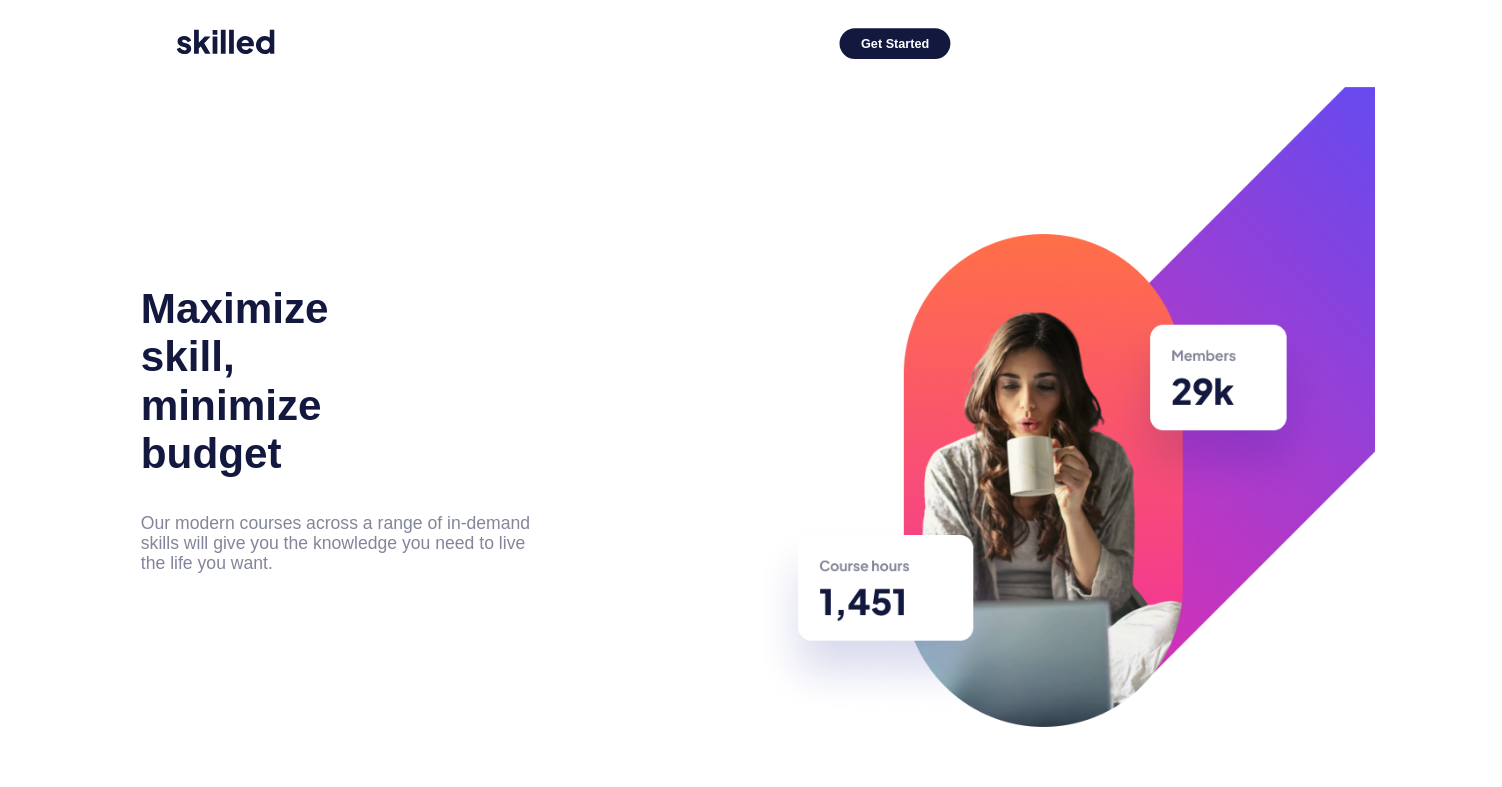
Repository: exe-walt/E-Learning-Landing-Page
Page: index.html
An editor plug-in stored every save of this project. The page is shown before and after a run of saves, followed by the edit.
The browser window is 1280 px wide. The page is 1563 px wide, then 1707 px, so the pictures cover 1707 px, including what lies to the right of the window. The pictures show the whole page, at 88% of full size.
Some web fonts or font styles are not loaded; a fallback is used.

Above is the page before, as saved 2025-05-27 21:35:49.

After the next 2 saves:
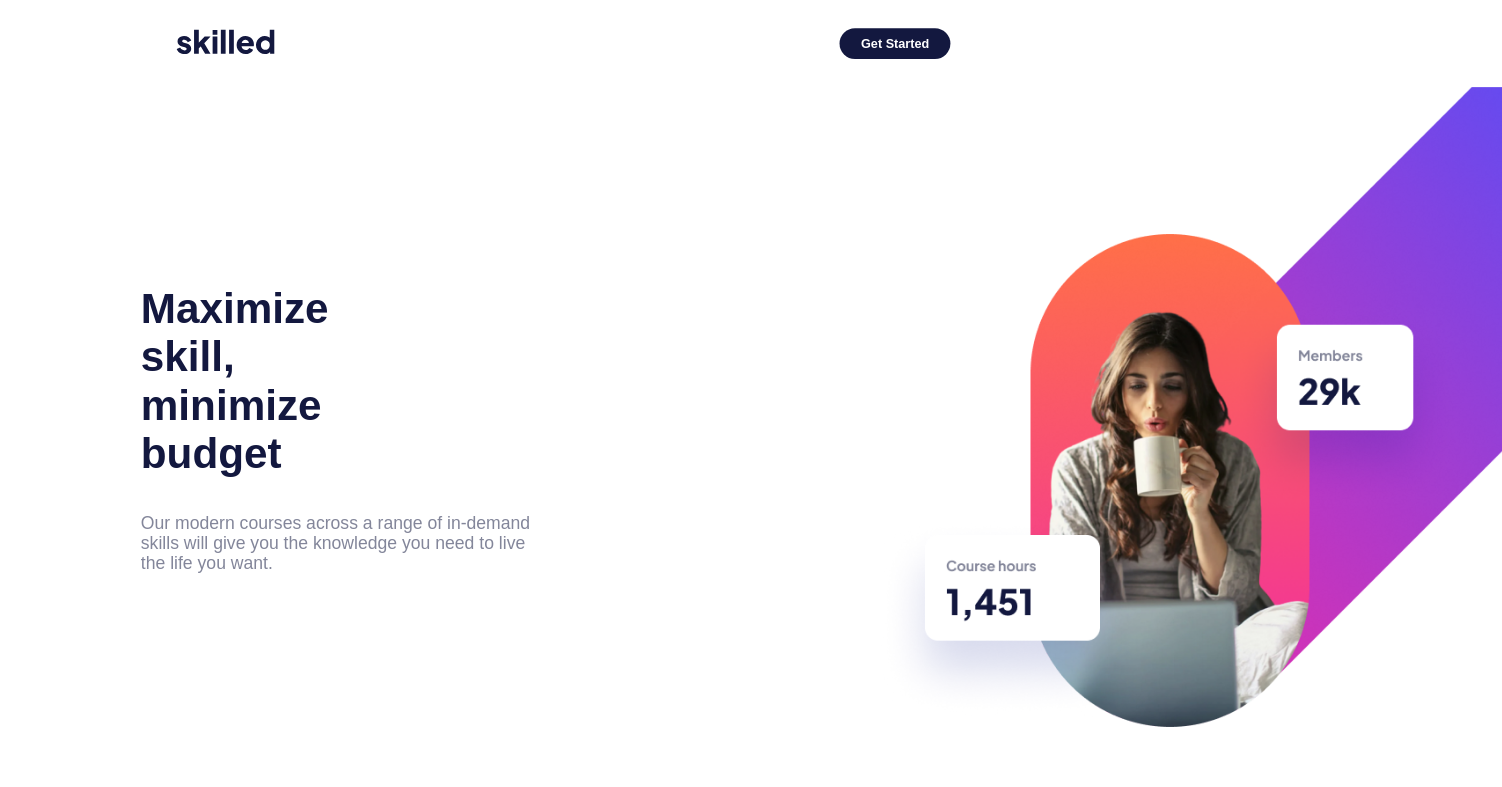
The 2 saves are shown as one change because they came seconds apart.
The last was saved 7 s later.
--- a/css/style.css
+++ b/css/style.css
@@ -70,7 +70,7 @@ body {
   font-weight: 800; /* ExtraBold */
   font-size: 3rem;
   color: #13183F;
-  margin-right: 10em;
+  margin-right: 13em;
 }
 
 .hero-text p{
